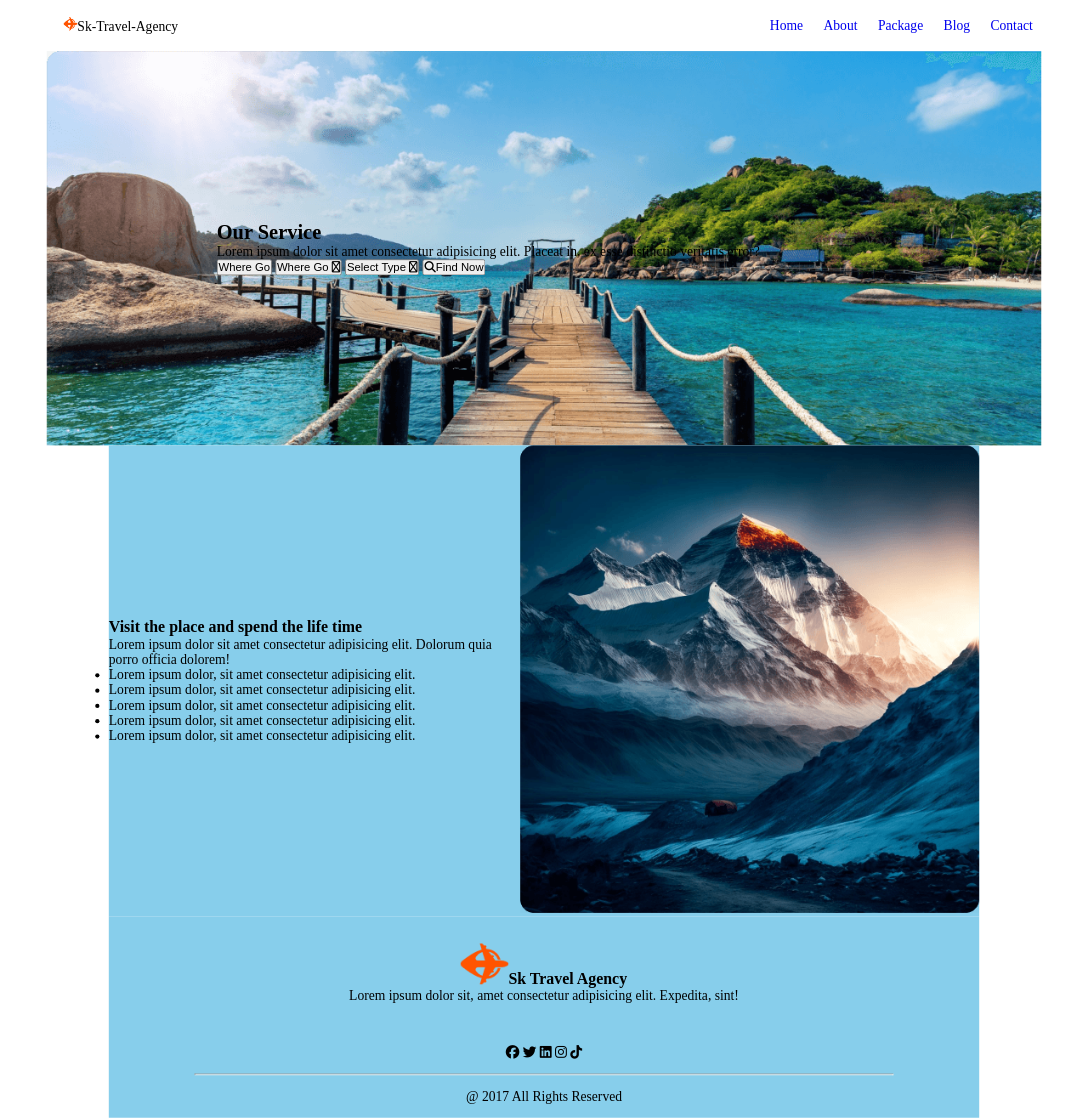
Repository: sumonkumarsarkar/Sk-Travel-Agency-
Page: index.html
The author's editor kept a copy of each file at every save. The page is drawn from the files as they stood at one save, then again after the next save.
The browser window is 1280 px wide. The pictures show the whole page, at 85% of full size.

Above is the page before, as saved 2024-01-17 05:37:31.

### index.html
<!DOCTYPE html>
<html lang="en">
<head>
    <meta charset="UTF-8">
    <meta name="viewport" content="width=device-width, initial-scale=1.0">
    <title>Sk-Travel-Agency</title>
    <link rel="stylesheet" href="./style.css">

    <link rel="stylesheet" href="https://cdnjs.cloudflare.com/ajax/libs/font-awesome/6.5.1/css/all.min.css" integrity="sha512-DTOQO9RWCH3ppGqcWaEA1BIZOC6xxalwEsw9c2QQeAIftl+Vegovlnee1c9QX4TctnWMn13TZye+giMm8e2LwA==" crossorigin="anonymous" referrerpolicy="no-referrer" />
</head>
<body>
    <header>
<nav>
    <div class="icon-header">
        <p> <span><img src="./Images/Group 40071 (2).png" alt=""></span>Sk-Travel-Agency</p>
    </div>
    <div class="menu-header">
        <ul>
            <li><a href="#">Home</a></li>
            <li><a href="#">About</a></li>
            <li><a href="#">Package</a></li>
            <li><a href="#">Blog</a></li>
            <li><a href="#">Contact</a></li>
        </ul>
    </div>
</nav>

<section>
    <div class="banner-section">
       <div class="banner-text">
        <h2>Our Service</h2>
        <p>Lorem ipsum dolor sit amet consectetur adipisicing elit. Placeat in, ex esse distinctio veritatis error?</p>
       </div>
       <div class="banner-button">
        <button type="button">Where Go</button>
        <button type="button">Where Go <span><i class="fa-regular fa-angle-down"></i></span></button>
        <button type="button">Select Type <span><i class="fa-regular fa-angle-down"></i></span></button>
        <button type="button"> <span><i class="fa-solid fa-magnifying-glass"></i></span>Find Now</button>
       </div>
    </div>
</section>
    </header>



    <main>
<div class="container">
    <div class="container-place-item">
        <div class="text-item">
         <h3>Visit the place and spend the life time</h3>
         <p>Lorem ipsum dolor sit amet consectetur adipisicing elit. Dolorum quia porro officia dolorem!</p>
         <ul>
            <li><p>Lorem ipsum dolor, sit amet consectetur adipisicing elit.</p></li>
            <li><p>Lorem ipsum dolor, sit amet consectetur adipisicing elit.</p></li>
            <li><p>Lorem ipsum dolor, sit amet consectetur adipisicing elit.</p></li>
            <li><p>Lorem ipsum dolor, sit amet consectetur adipisicing elit.</p></li>
            <li><p>Lorem ipsum dolor, sit amet consectetur adipisicing elit.</p></li>
         </ul>
        </div>
        <div class="container-img-item">
            <img src="./Images/Rectangle 4.png" alt="">
        </div>
    </div>
</div>
    </main>









        <footer>
            <div class="container">

                    <div class="nornal-text">
                           <h3> <span><img src="./Images/Group 40071 (2).png" alt=""></span>Sk Travel Agency</h3>
                            <p>Lorem ipsum dolor sit, amet consectetur adipisicing elit. Expedita, sint!</p>
                    </div>

                <div class="icon-img">
                    <i class="fa-brands fa-facebook"></i>
                    <i class="fa-brands fa-twitter"></i>
                    <i class="fa-brands fa-linkedin"></i>
                    <i class="fa-brands fa-instagram"></i>
                    <i class="fa-brands fa-tiktok"></i>
                </div>

                <hr>

               <div class="last-text">
                 <p>@ 2017 All Rights Reserved</p>

               </div>


         </footer>





</body>
</html>

### style.css
*{
    margin: 0;
    padding: 0;
}



 /* main place part start  */
.container-place-item{
    display: flex;
    justify-content:space-around;
    align-items: center;
}
.container-place-item{
    display: flex;
    justify-content:space-around;
    align-items: center;
}




 /* main place part end */

/* header menu bar start  */

header{
    max-width: 1170px;
    background:#FFF;
    margin: 0 auto;

}
nav{
    display: flex;
    justify-content: space-between;
    align-items: center;
}
.icon-header{
    align-items: center;
    padding:20px;
}
.icon-header img{
    width: 1rem;
    height: 1rem;
}
.menu-header ul{
    list-style: none;

}
.menu-header ul li{
   display: inline-block;
   padding: 10px 10px;

}
.menu-header ul li a{
    text-decoration: none;
}

.banner-section{
    background-image: url("./Images/Group 13 (1) (1).png");

}
.banner-section{

    padding: 200px 200px;


}

/* header menu bar end  */


/* footer section start  */
.container{
 background: skyblue;
 margin: 10px auto;
}
.container .nornal-text{
text-align: center;
padding: 2rem 2rem;


}.container .icon-img{
text-align: center;
padding: 1rem 2rem;


}
.container .last-text{
text-align: center;
padding: 1rem 2rem;


}
.container, hr{

width: 80%;
margin: 0 auto;


}



/* footer section end  */

After the next save:
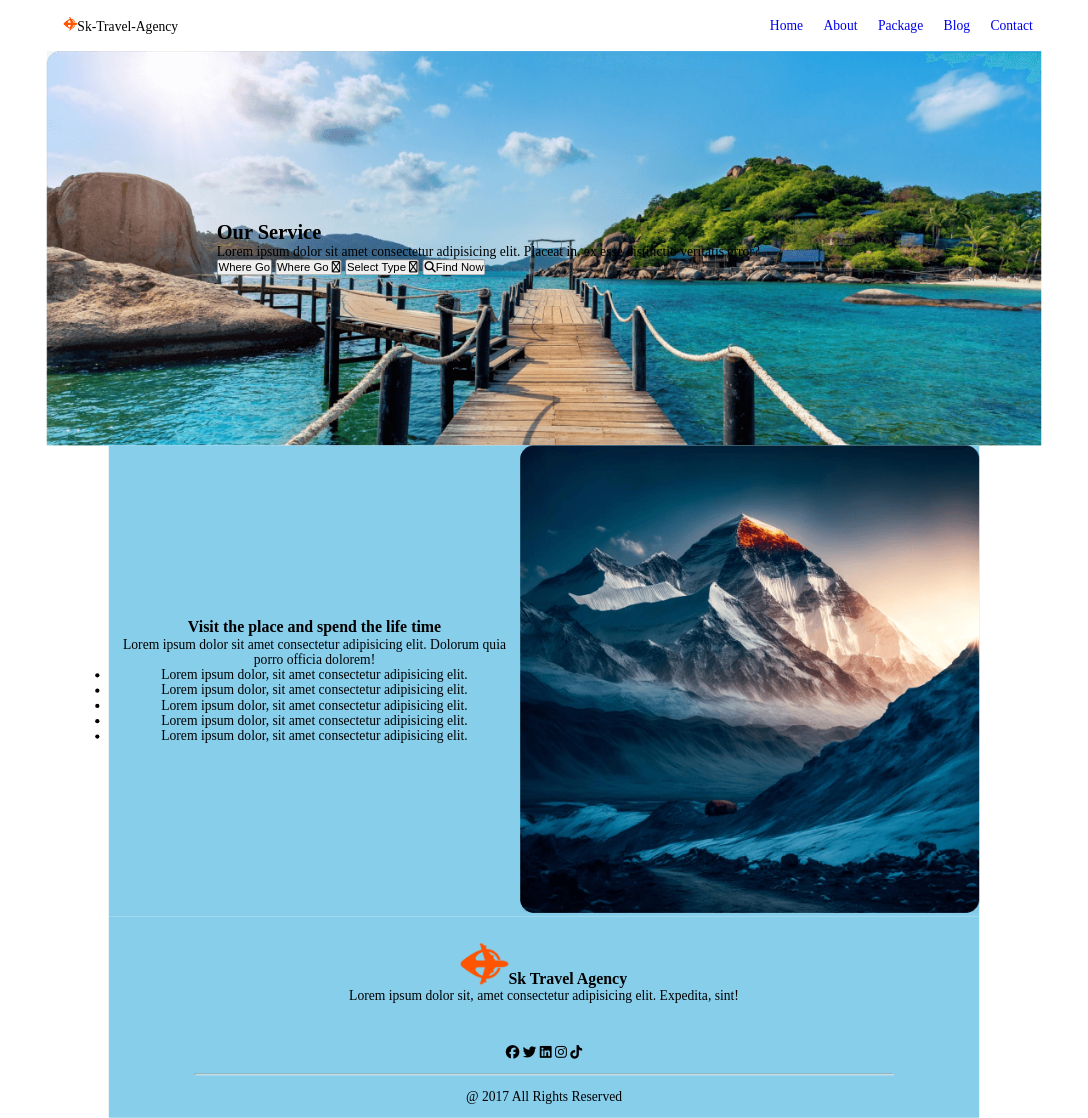
Saved 22 s later.
--- a/style.css
+++ b/style.css
@@ -11,10 +11,9 @@
     justify-content:space-around;
     align-items: center;
 }
-.container-place-item{
-    display: flex;
-    justify-content:space-around;
-    align-items: center;
+.container-place-item .text-item{
+
+  text-align: center;
 }
 
 
